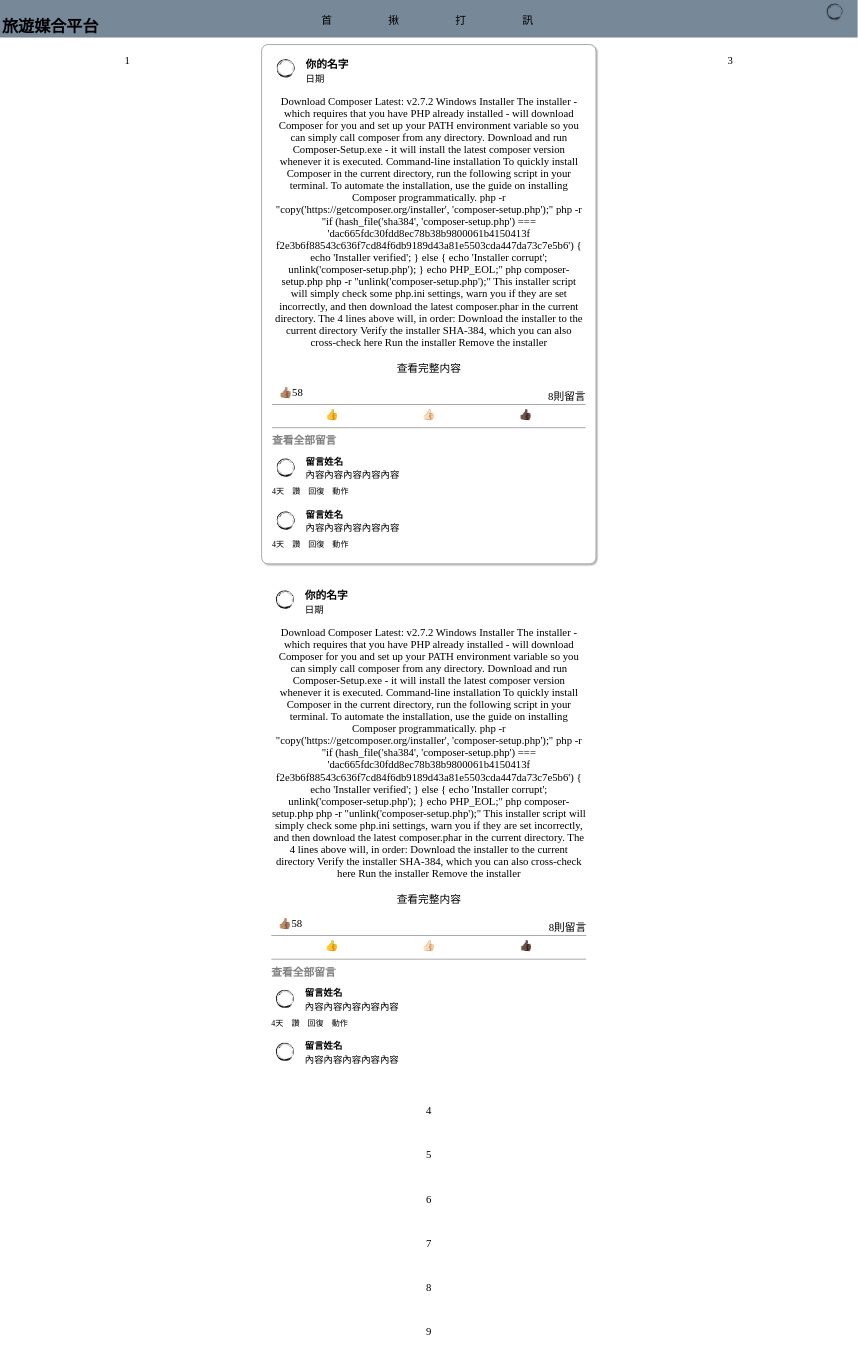
Repository: yuchiyang123/index_view
Page: http://localhost/
An editor plug-in stored every save of this project. The page is shown before and after the next save, followed by the edit.
The browser window is 1280 px wide. The pictures show the whole page, at 67% of full size.
The page is run by PHP 8.4 with error messages shown; the project is at /var/www/html/.

Above is the page before, as saved 2024-03-27 18:06:07.

### header.php
<script type="module" src="https://unpkg.com/ionicons@7.1.0/dist/ionicons/ionicons.esm.js"></script>
<script nomodule src="https://unpkg.com/ionicons@7.1.0/dist/ionicons/ionicons.js"></script>
<style>
   .header {
    position: sticky; /* 将标题栏固定在容器内 */
    top: 0; /* 将标题栏固定在容器的顶部 */
    z-index: 9999; /* 确保标题栏位于其他内容的上层 */
    /* 其他样式，例如背景颜色、文本样式等 */
    grid-area: header;
    background-color: lightslategray;
    width: 100%; /* 设置标题栏的宽度为100%，使其填满整个屏幕 */
    height: 56px;
    margin-bottom: 10px;
    box-sizing: border-box;
}
ion-icon {
  font-size: 35px;
}
.profileimg{
    width: 35px;
    height: auto;
}

.headerdiv{
    display: grid;
    grid-template-columns: 150px auto repeat(4, 100px) 35px 50px auto 70px;

    grid-template-rows: auto;
    text-align:center;
}
.headeractionmargin{
    margin: 17px;
}

</style>
<header class="header">
    <div >
        <div class="headerdiv">
            <div>
                <h2>旅遊媒合平台</h2>
            </div>
            <div></div>
            <div class="headeractionmargin">
                首
            </div>
            <div class="headeractionmargin">
                揪
            </div>
            <div class="headeractionmargin">
                打
            </div>
            <div class="headeractionmargin">
                訊
            </div>
            <div ></div>
            <div ></div>
            <div ></div>
            <div>
                <img src="img/2-1.png" class="profileimg">
            </div>
        </div>
    </div>
</header>

Loaded but not shown: index.php (553 lines, source omitted)

After the next save:
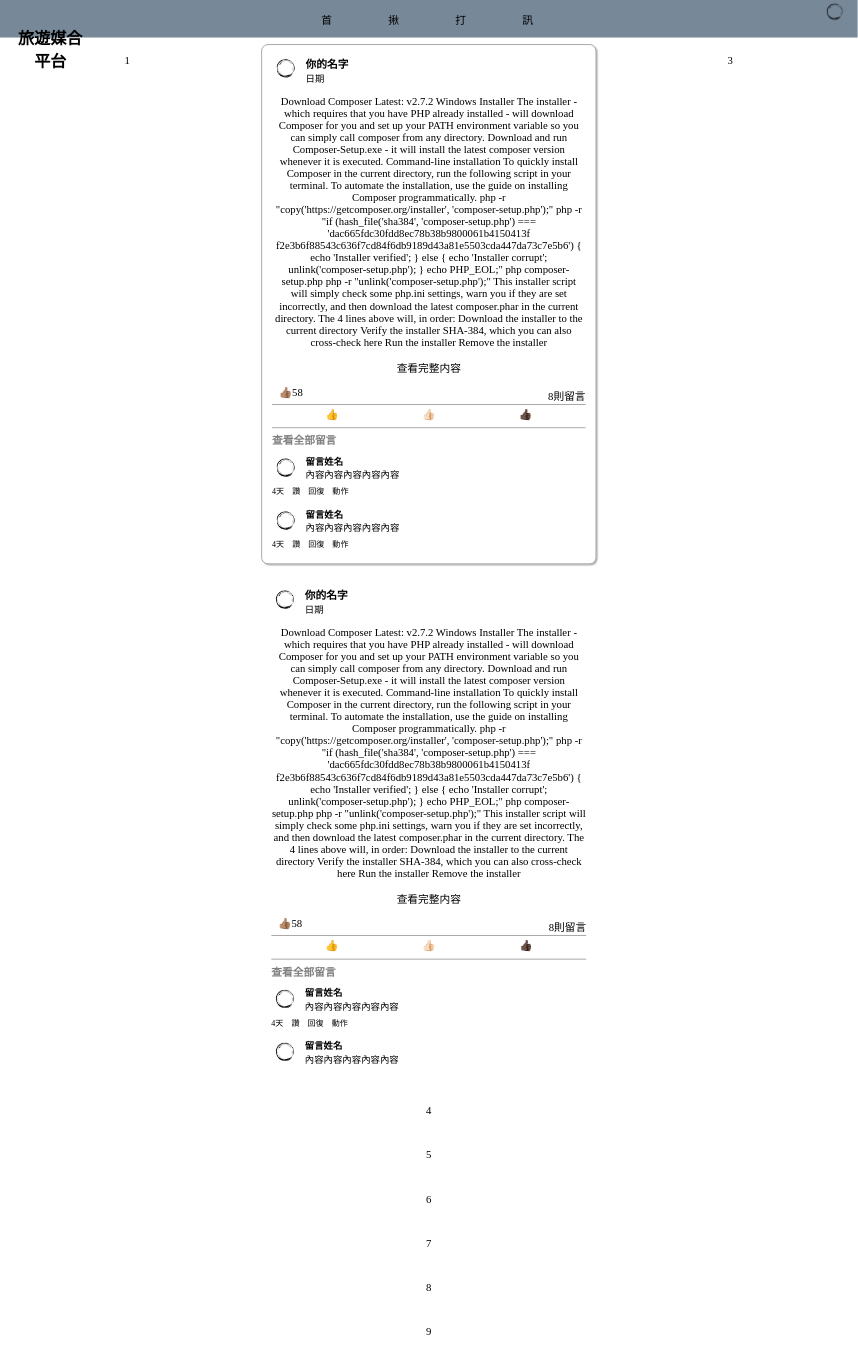
Saved 14 s later.
--- a/header.php
+++ b/header.php
@@ -36,7 +36,7 @@
 <header class="header">
     <div >
         <div class="headerdiv">
-            <div>
+            <div class="headeractionmargin">
                 <h2>旅遊媒合平台</h2>
             </div>
             <div></div>

After the save that followed:
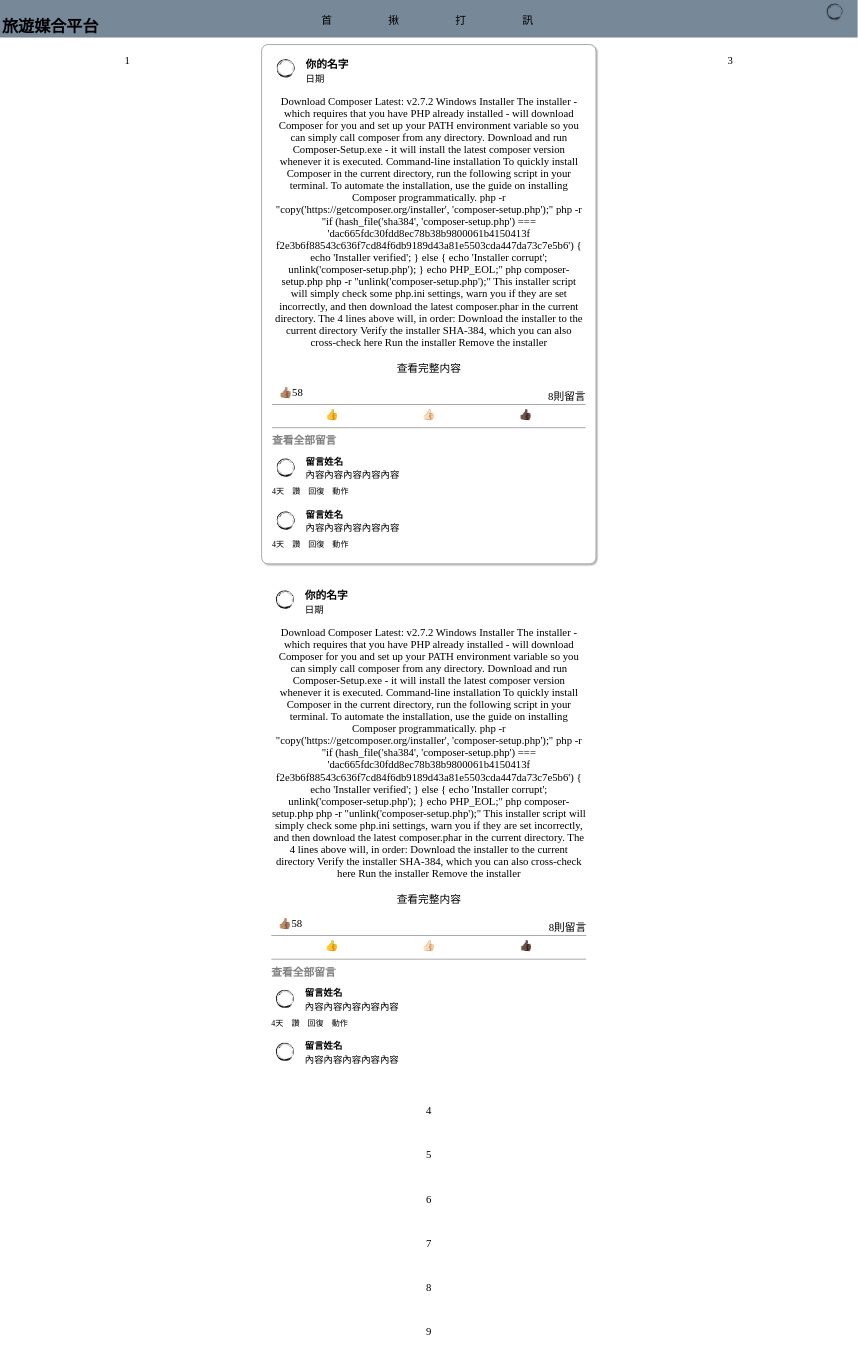
Saved 17 s later.
--- a/header.php
+++ b/header.php
@@ -36,7 +36,7 @@
 <header class="header">
     <div >
         <div class="headerdiv">
-            <div class="headeractionmargin">
+            <div >
                 <h2>旅遊媒合平台</h2>
             </div>
             <div></div>
